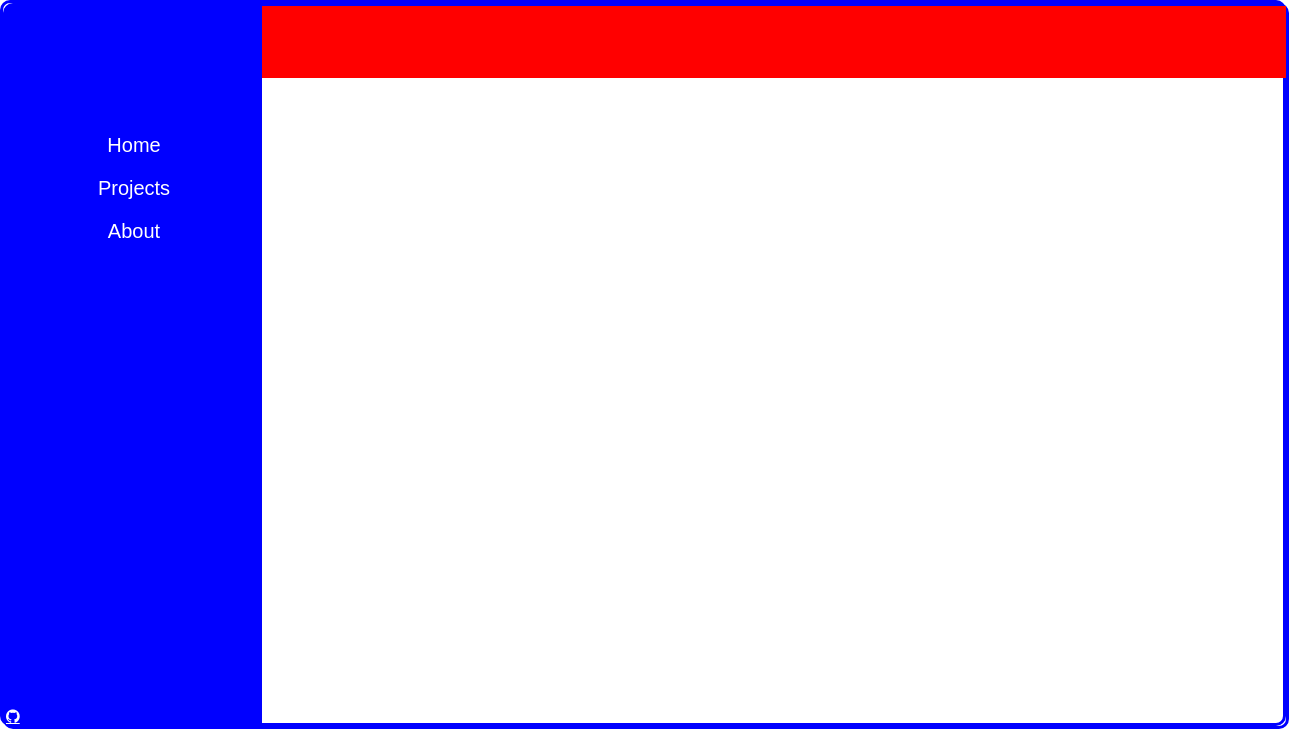
Repository: josephinel6/josephinel6.github.io
Page: index.html
The author's editor kept a copy of each file at every save. The page is drawn from the files as they stood at one save, then again after the next save.
The browser window is 1280 px wide. The page is 1289 px wide, so the pictures cover 1289 px, including what lies to the right of the window. The pictures show the whole page.

Above is the page before, as saved 2023-04-04 10:49:25.

### index.html
<!DOCTYPE html>
<html>

<head>
    <style>
        :root.light {
            --color-bg: white;
            --color-menu-text: black;
        }

        :root.dark {
            --color-bg: black;
            --color-menu-text: white;
        }

        /* :root {
            --color-bg: black;
        } */

        html,
        body {
            height: 100%;
            width: 100%;
            margin: 0;
            position: relative;
            border-color: blue;
            border-radius: 10px;
            border-style: solid;
            padding: 0;
        }

        #menu {
            height: 100%;
            width: 20%;
            position: absolute;
            z-index: 1;
            top: 0;
            bottom: 0;
            background-color: blue;
        }

        #topbar {
            width: 100%;
            height: 10%;
            background-color: red;
            position: absolute;
        }

        .menutext {
            color: var(--color-menu-text);
            font-family: sans-serif;
            font-size: 20px;
        }

        .fa-github {
            color: var(--color-menu-text);
        }
    </style>
    <link rel="stylesheet" href="https://cdnjs.cloudflare.com/ajax/libs/font-awesome/4.7.0/css/font-awesome.min.css">
    <script type="module" src="https://cdn.jsdelivr.net/gh/zerodevx/zero-md@2/dist/zero-md.min.js"></script>
</head>

<body>
    <div id="menu">
        <div>
            <CENTER>
                <p class="menutext" style="margin-top: 50%"> Home </p>
                <p class="menutext"> Projects </p>
                <p class="menutext"> About </p>
            </CENTER>
        </div>
        <CENTER>
            <div style="position: absolute; bottom:0">
                <a href="https://github.com/josephinel6" class="fa fa-github"></a>
            </div>
        </CENTER>
    </div>
    <div id="topbar">

    </div>
    <script>
        window.onload = function () {
            document.documentElement.classList.remove("light")
            document.documentElement.classList.add("dark")
            window.localStorage.setItem('mode', 'dark');
            console.log("dark")
        }

        function openpage(pageName, elmnt) {
            var i, tabcontent, tablinks;
            tabcontent = document.getElementsByClassName("tabcontent");
            for (i = 0; i < tabcontent.length; i++) {
                tabcontent[i].style.display = "none";
            }
            tablinks = document.getElementsByClassName("tablink");
            for (i = 0; i < tablinks.length; i++) {
                tablinks[i].style.backgroundColor = "";
            }
            document.getElementById(pageName).style.display = "block";

            document.body.scrollTop = 0;
            document.documentElement.scrollTop = 0;
            console.log("ducks")
        }
    </script>

</body>

</html>

After the next save:
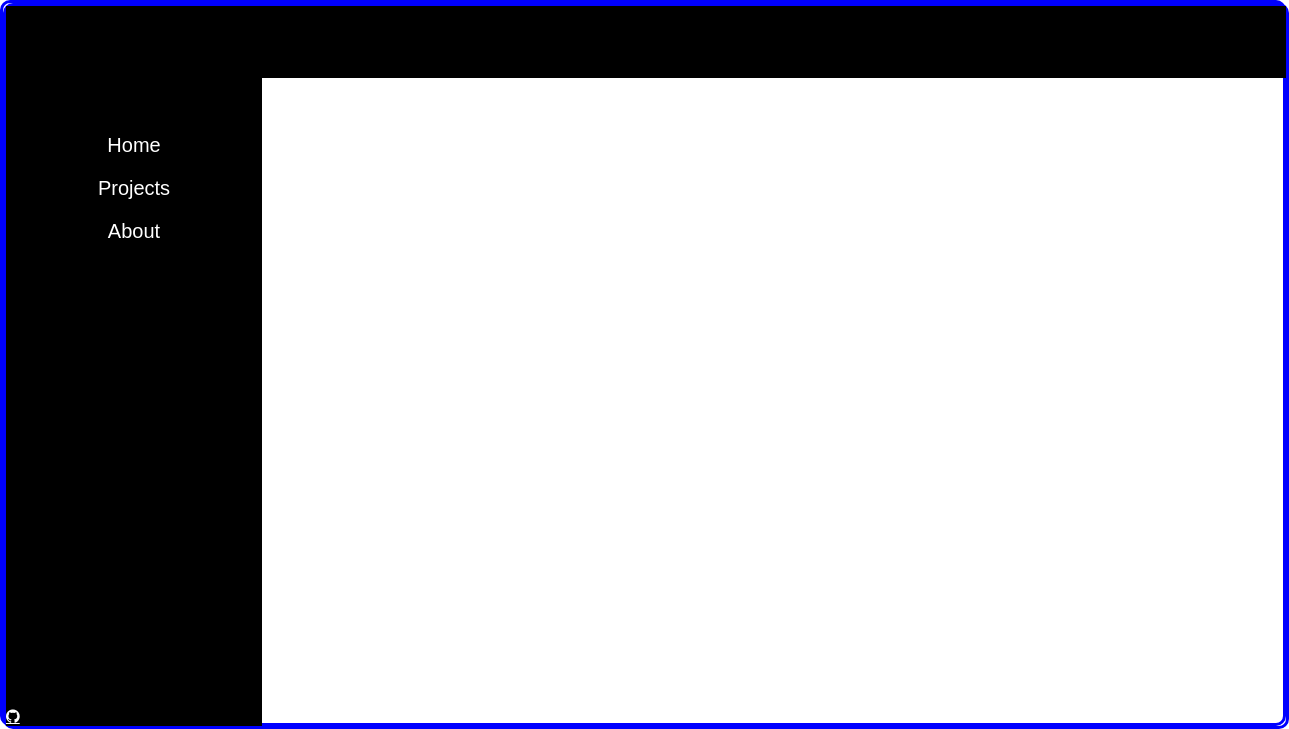
Saved 10 s later.
--- a/index.html
+++ b/index.html
@@ -36,13 +36,13 @@
             z-index: 1;
             top: 0;
             bottom: 0;
-            background-color: blue;
+            background-color: var(--color-bg);
         }
 
         #topbar {
             width: 100%;
             height: 10%;
-            background-color: red;
+            background-color: var(--color-bg);
             position: absolute;
         }
 
